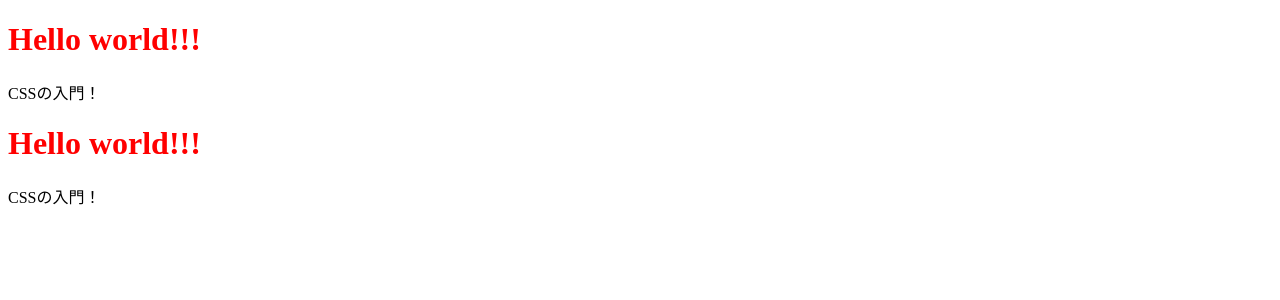
Repository: erikotanaka-san/mynews2
Page: html/css_intro/index.html
The author's editor kept a record of every edit. The page is drawn from the files as they stood at one moment, then again after the next edit.
The browser window is 1280 px wide. The pictures show the whole page.

Above is the page before.

### html/css_intro/index.html
<!DOCTYPE HTML>
<html>
<head>
  <meta charset="UTF-8" />
  <title>tech boost</title>

  <style>
    h1 {
      color: red;
    }
  </style>
</head>
  <body>
    <h1>Hello world!!!</h1>
    <p>CSSの入門！</p>
  </body>
</html>

<!DOCTYPE HTML>
<html>
<head>
  <meta charset="UTF-8" />
  <title>tech boost</title>

  <style>
    h1 {
      color: red;
    }
  </style>
</head>
  <body>
    <h1 id="title">Hello world!!!</h1>
    <p class="description">CSSの入門！</p>

  </body>
</html>

After the next edit:
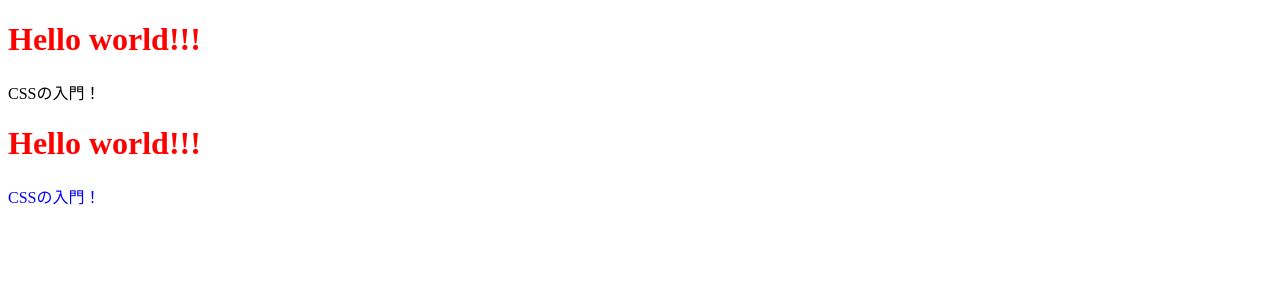
The edit:
--- a/html/css_intro/index.html
+++ b/html/css_intro/index.html
@@ -26,6 +26,13 @@
     h1 {
       color: red;
     }
+    #title {
+        color: red;
+    }
+
+.description {
+  color: blue;
+}
   </style>
 </head>
   <body>
